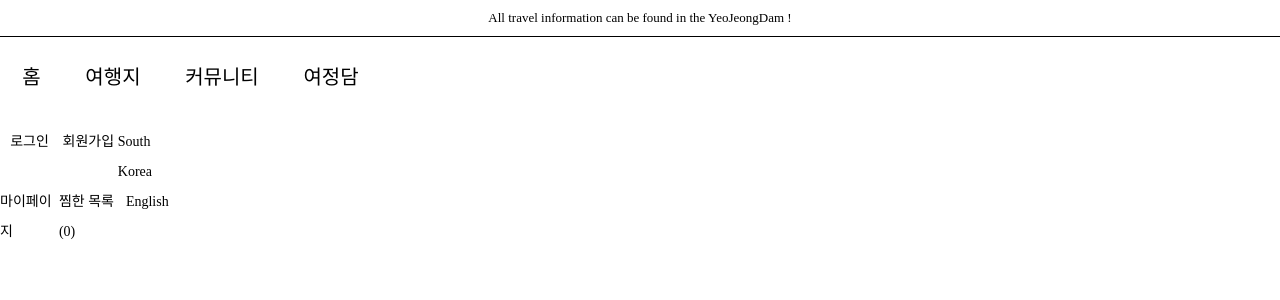
Repository: gaeunlee95/semi
Page: http://localhost/semi/main.jsp
An editor plug-in stored every save of this project. The page is shown before and after the next save, followed by the edit.
The browser window is 1280 px wide. The pictures show the whole page.
The page is served by Tomcat 9.

Above is the page before, as saved 2023-12-06 17:02:01.

After the next save:
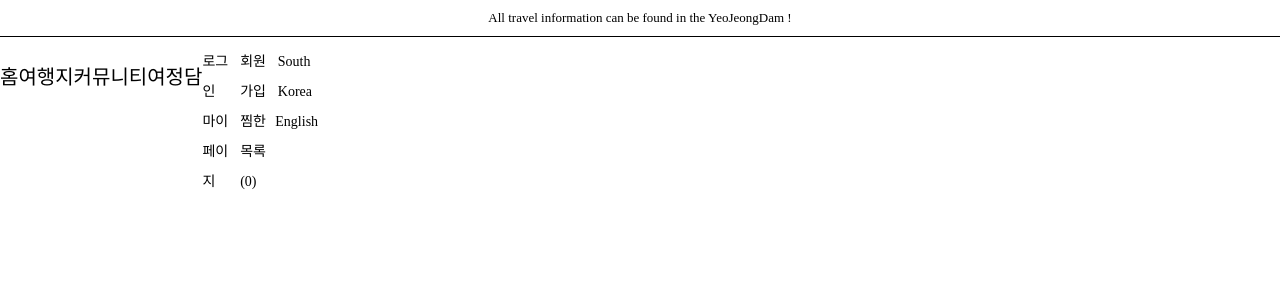
Saved 24 s later.
--- a/semi/src/main/webapp/resources/css/style.css
+++ b/semi/src/main/webapp/resources/css/style.css
@@ -24,7 +24,7 @@ header nav div{	/*각 mainMenu, sideMenu div에 float를 주어 가로정렬*/ /
 }
 header #mainMenu{
 	/*width: 700px;*/
-	width: 100%;
+	width: 70%%;
 	line-height: 80px;
 }
 header #mainMenu ul{
@@ -36,8 +36,8 @@ header #mainMenu li{
 	color: black;
 }
 header #sideMenu{
-
 	/*width: 324px;*/
+	width: 30%
 }
 header #sideMenu_1 li a{
 	padding-top: 10px;
